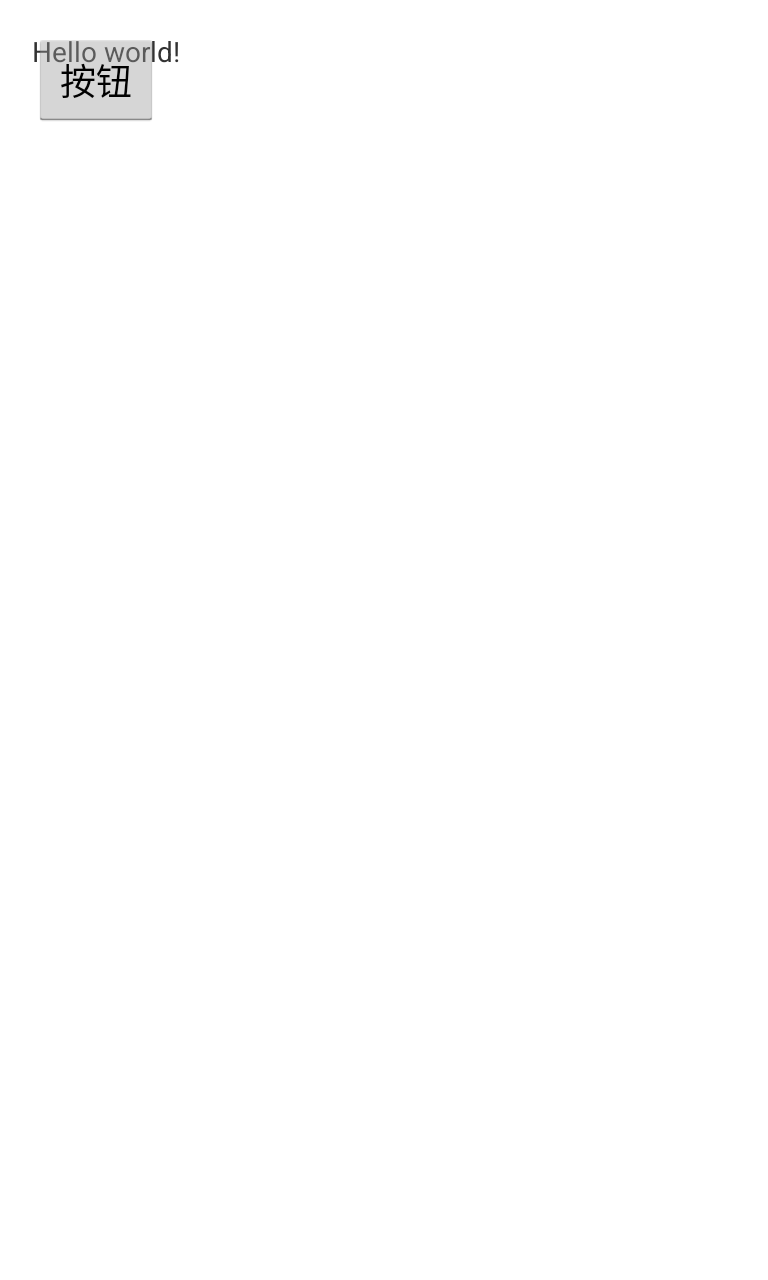
Repository: ling-cen/demo
Layout: View01/res/layout/activity_main.xml
The author's editor kept a copy of each file at every save. The layout is drawn from the files as they stood at one save, then again after the next save.
It is drawn on a 768 x 1280 px phone screen (xhdpi) without system bars, with theme AppTheme; the app's code is not run.

Above is the layout before, as saved 2018-12-11 14:56:38.

After the next save:
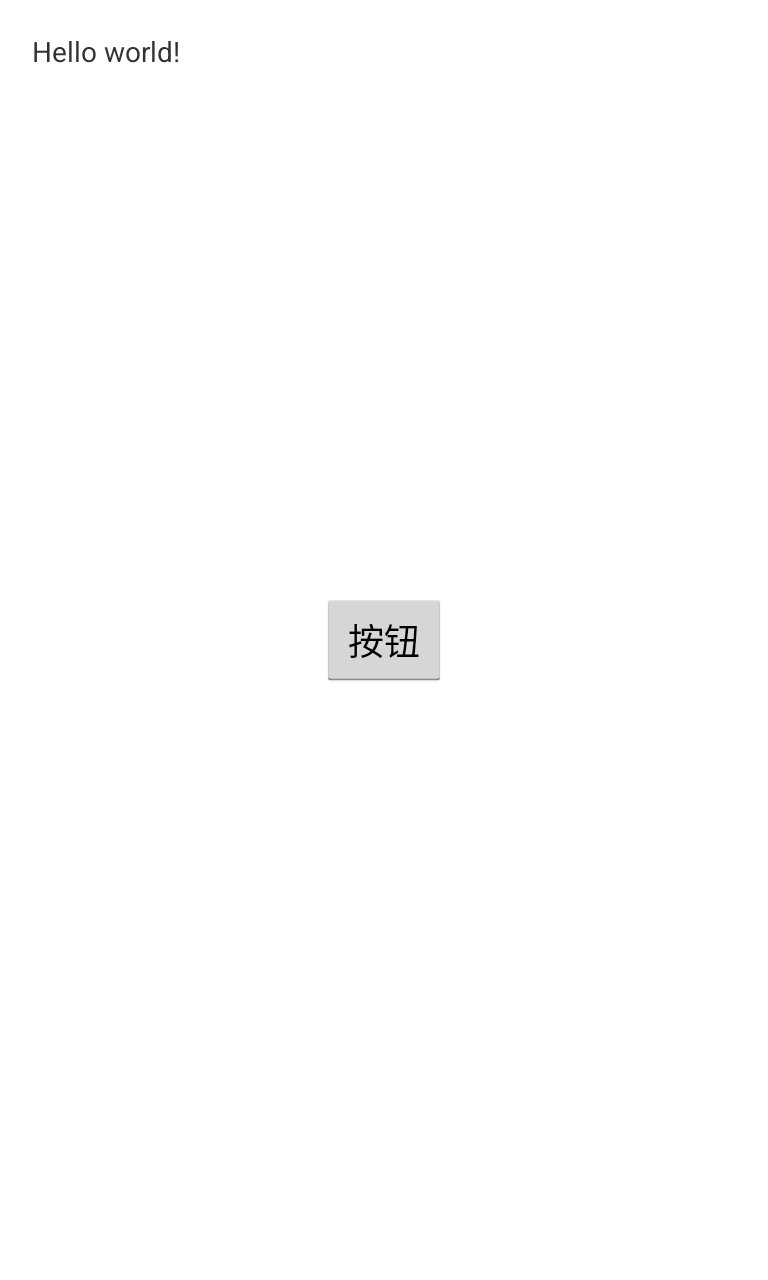
Saved 62 s later.
--- a/View01/res/layout/activity_main.xml
+++ b/View01/res/layout/activity_main.xml
@@ -13,12 +13,12 @@
         android:layout_width="wrap_content"
         android:layout_height="wrap_content"
         android:text="@string/hello_world" />
+
     <Button
         android:id="@+id/button_1"
+        android:layout_width="wrap_content"
         android:layout_height="wrap_content"
-        android:layout_width="wrap_content"
-        android:text="按钮"
-        android:layout_cententInParent="true"
-        />
+        android:layout_centerInParent="true"
+        android:text="按钮" />
 
 </RelativeLayout>
